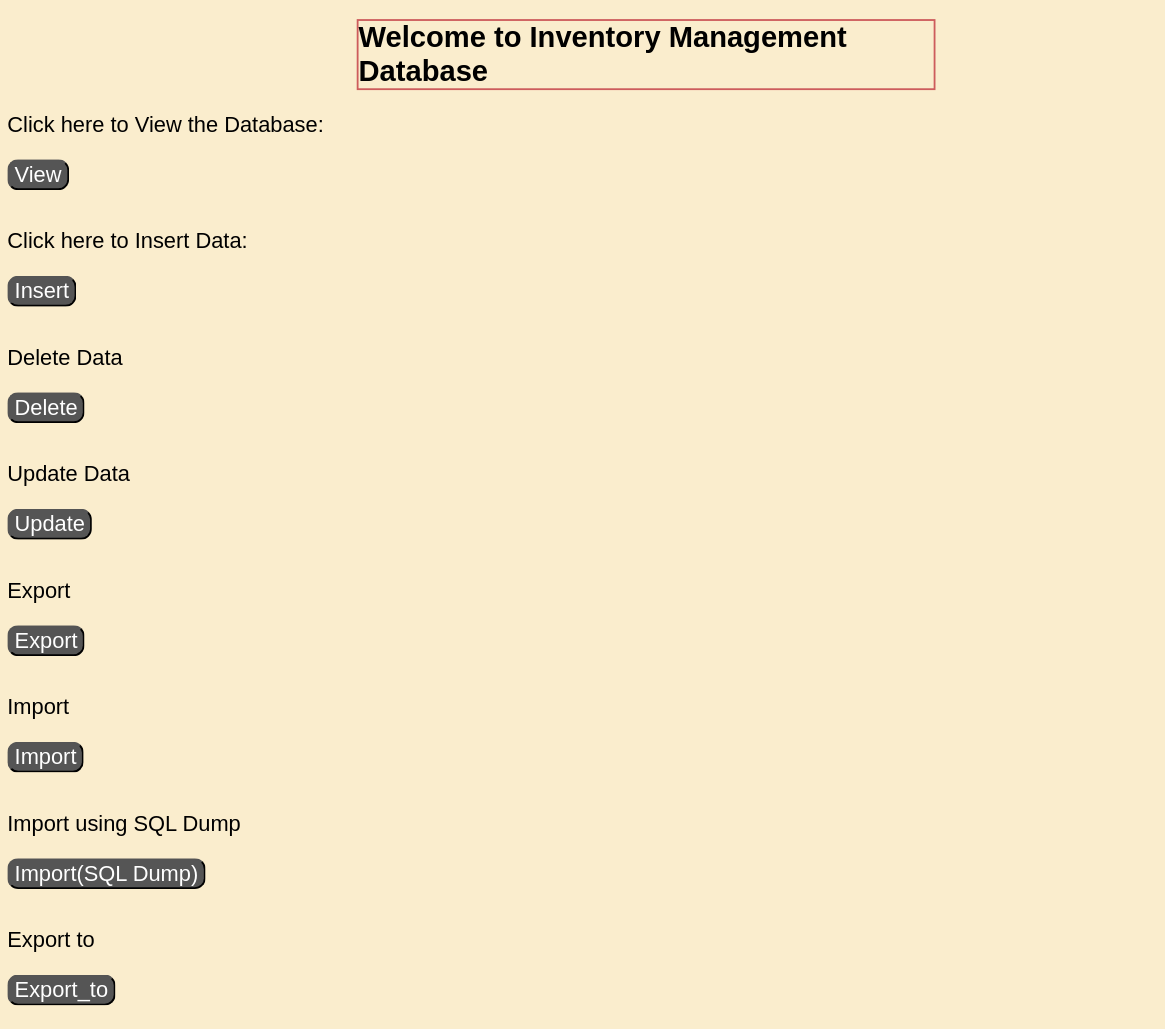
Repository: cyrusdwivedi2002/inventory-management-system
Page: DemoApp/src/main/webapp/Mainpage.html
These files come from the project's save history. The page is drawn as it stood at one moment and after the next save; the edit follows.
The browser window is 1280 px wide. The pictures show the whole page, at 91% of full size.
Some web fonts or font styles are not loaded; a fallback is used.

Above is the page before, as saved 2022-06-24 18:37:09.

### DemoApp/src/main/webapp/Mainpage.html
<!DOCTYPE html>
<html>
<head>
<meta charset="ISO-8859-1">

<link rel="preconnect" href="https://fonts.googleapis.com">
<link rel="preconnect" href="https://fonts.gstatic.com" crossorigin>
<link href="https://fonts.googleapis.com/css2?family=Anek+Latin:wght@500&family=Smooch&display=swap" rel="stylesheet">

<style>
body {
background-color: #faedcd;
font-family: 'Anek Latin', sans-serif;
}
h1{
color: black;
width: 50%;
margin-left:12em;
border: 2px solid indianred;
}
p{
font-size:x-large;
}
button{
background-color: #555555;
color:white;
font-size: 24px;
border-radius: 12px;
}
button:hover{
cursor:pointer;

}
</style>
<title>Inventory management System</title>
</head>
<body>
	<h1>Welcome to Inventory Management Database</h1>
	<p> Click here to View the Database: </p>
	<button type="button" form="form1"   onclick="window.location.href = 'view.html';">View</button>
	<br/><br/>
	<p> Click here to Insert Data: </p>
	<button type="button" form="form1"   onclick="window.location.href = 'insert.html';">Insert</button>
	<br/><br/>
	<p> Delete Data </p>
	<button type="button" form="form1"   onclick="window.location.href = 'delete.html';">Delete</button>
	<br/><br/>
	<p> Update Data </p>
	<button type="button" form="form1"   onclick="window.location.href = 'update.html';">Update</button>
	<br/><br/>
	<p> Export </p>
	<button type="button" form="form1"   onclick="window.location.href = 'export.html';">Export</button>
	<br/><br/>
	<p> Import </p>
	<button type="button" form="form1"   onclick="window.location.href = 'import.html';">Import</button>
	<br/><br/>
	<p> Import using SQL Dump</p>
	<button type="button" form="form1"   onclick="window.location.href = 'importdump.html';">Import(SQL Dump)</button>
	<br/><br/>
	<p> Export to</p>
	<button type="button" form="form1"   onclick="window.location.href = 'export.html';">Export_to</button>
	<br/><br/>

	</body>
</html>

After the next save:
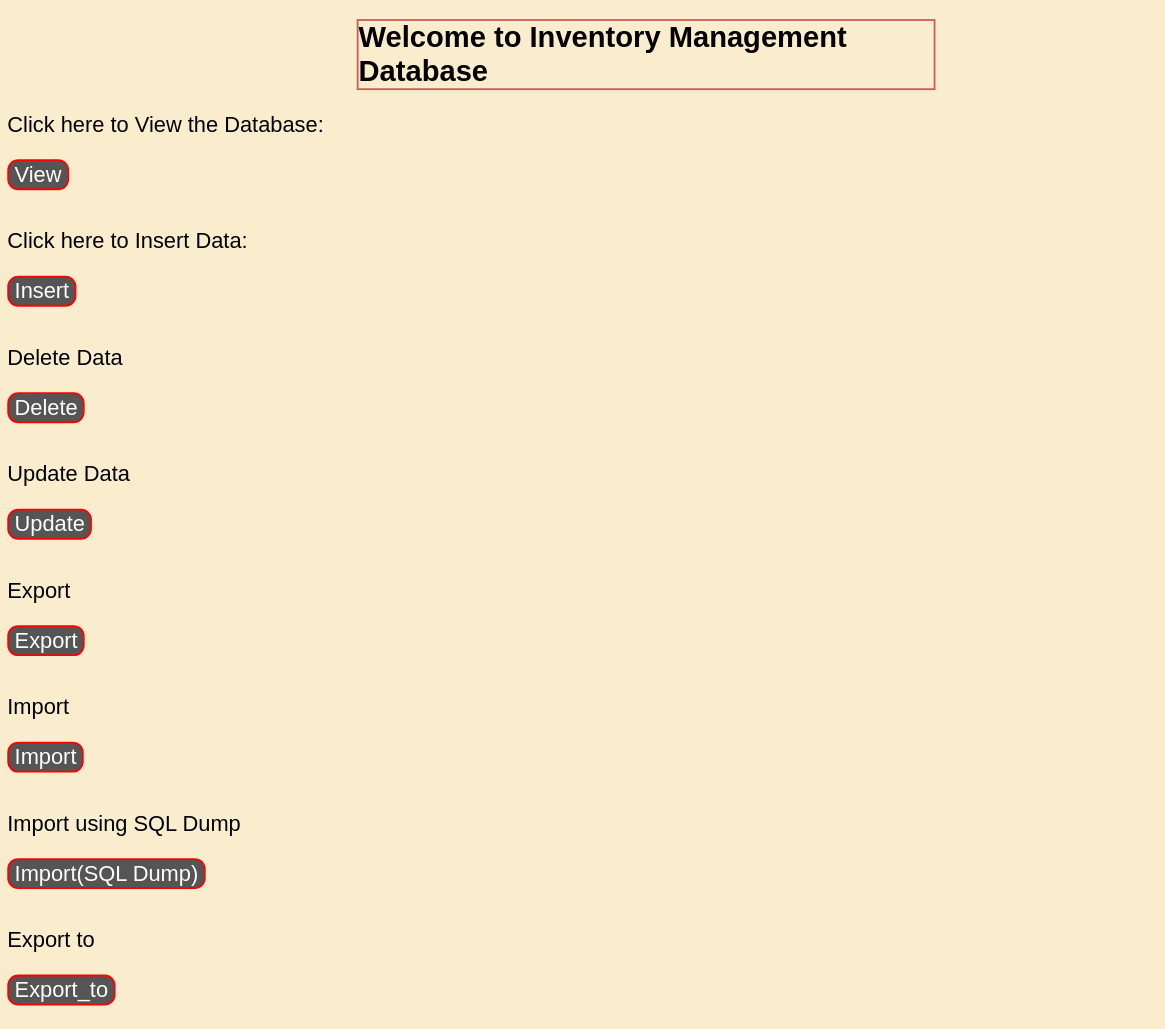
Saved 45 s later.
--- a/DemoApp/src/main/webapp/Mainpage.html
+++ b/DemoApp/src/main/webapp/Mainpage.html
@@ -26,6 +26,7 @@ background-color: #555555;
 color:white;
 font-size: 24px;
 border-radius: 12px;
+border:2px solid red;
 }
 button:hover{
 cursor:pointer;
